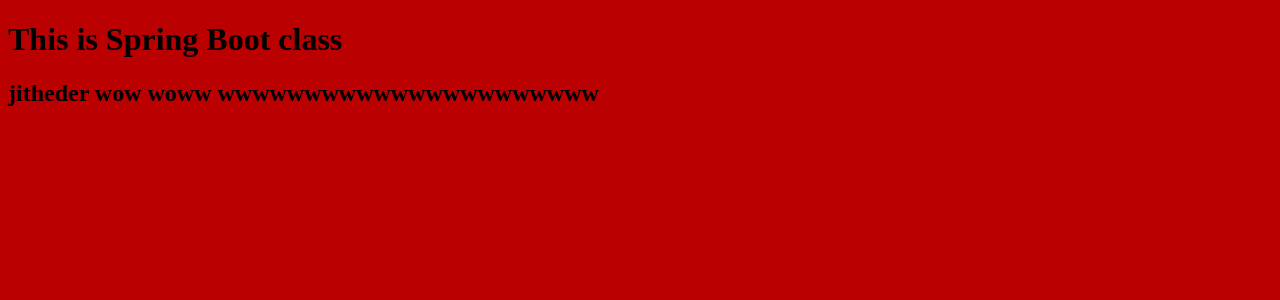
Repository: acharikammari/springprograms
Page: Springbootex/src/main/webapp/data.html
The author's editor kept a copy of each file at every save. The page is drawn from the files as they stood at one save, then again after the next save.
The browser window is 1280 px wide. The pictures show the whole page.

Above is the page before, as saved 2024-03-19 09:56:41.

### Springbootex/src/main/webapp/data.html
<!DOCTYPE html>
<html>
<head>
<meta charset="UTF-8">
<title>Insert title here</title>
</head>
<body bgcolor="babypink">
	<h1>This is Spring Boot class</h1>
	<h2>jitheder wow woww wwwwwwwwwwwwwwwwwwwwww</h2>
</body>
</html>

After the next save:
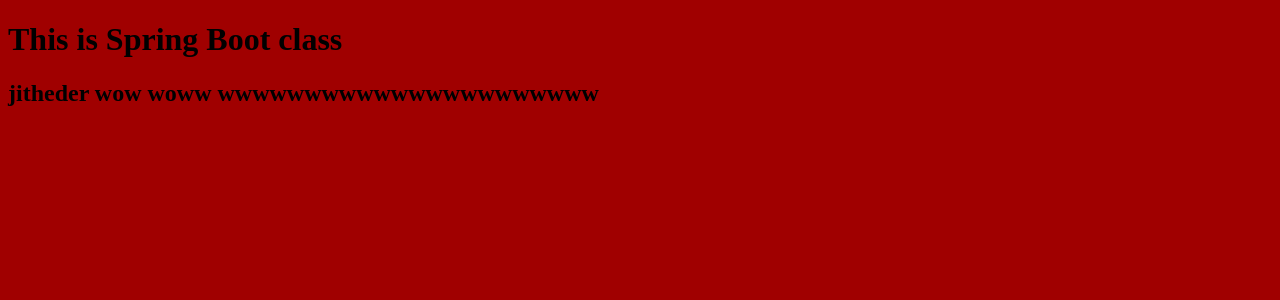
Saved 20 s later.
--- a/Springbootex/src/main/webapp/data.html
+++ b/Springbootex/src/main/webapp/data.html
@@ -4,7 +4,7 @@
 <meta charset="UTF-8">
 <title>Insert title here</title>
 </head>
-<body bgcolor="babypink">
+<body bgcolor="audltpink">
 	<h1>This is Spring Boot class</h1>
 	<h2>jitheder wow woww wwwwwwwwwwwwwwwwwwwwww</h2>
 </body>
